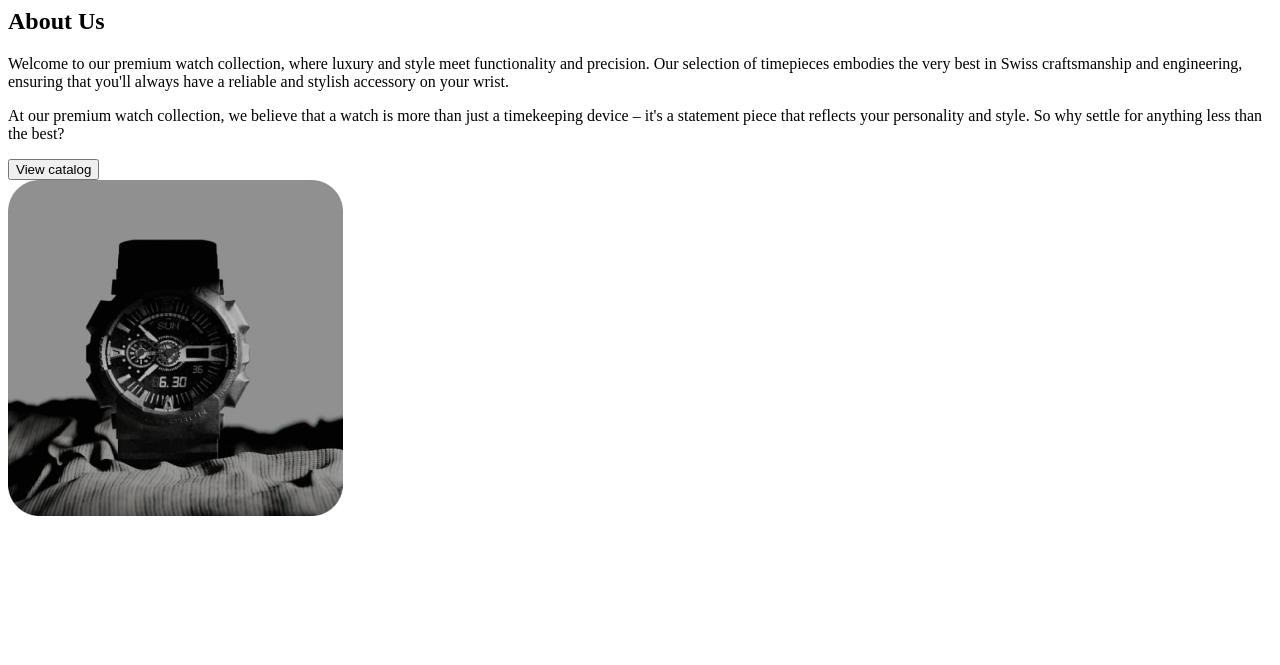
Repository: DenysOvsiienko/105-cyber-solutions-team-project
Page: src/partials/about-us.html
These files come from the project's save history. The page is drawn as it stood at one moment and after the next save; the edit follows.
The browser window is 1280 px wide. The pictures show the whole page.

Above is the page before, as saved 2024-03-21 22:08:57.

### src/partials/about-us.html
<section>
    <div class="block">
        <div class="text">
        <h2 class="about-us">About Us</h2>
        <p class="text-par">Welcome to our premium watch collection, where luxury and style meet functionality and precision. Our selection of timepieces embodies the very best in Swiss craftsmanship and engineering, ensuring that you'll always have a reliable and stylish accessory on your wrist.</p>

        <p class="text-par">At our premium watch collection, we believe that a watch is more than just a timekeeping device – it's a statement piece that reflects your personality and style. So why settle for anything less than the best? </p>
        </div>
        <button type="button" class="btn">View catalog</button>
    </div>
    <div>
        <picture>
            <source media="(min-width:1280px)"
                    srcset="./img/desktop-about-us-img.jpg 1x, ./imc/desktop-about-us-img@2x.jpg 2x">
                <source media="(min-width:768px)"
                    srcset="./img/tablet-about-us-img.jpg 1x, ./img/tablet-about-us-img@2x.jpg 2x">
                <source media="(min-width: 375px)"
                    srcset="./img/mobile-about-us-img.jpg 1x, ./img/mobile-about-us-img@2x.jpg 2x">
            <img src="./img/about-us/mobile-about-us-img.jpg" alt="Banking App" width="335" he/>
        </picture>
    </div>
</section>

After the next save:
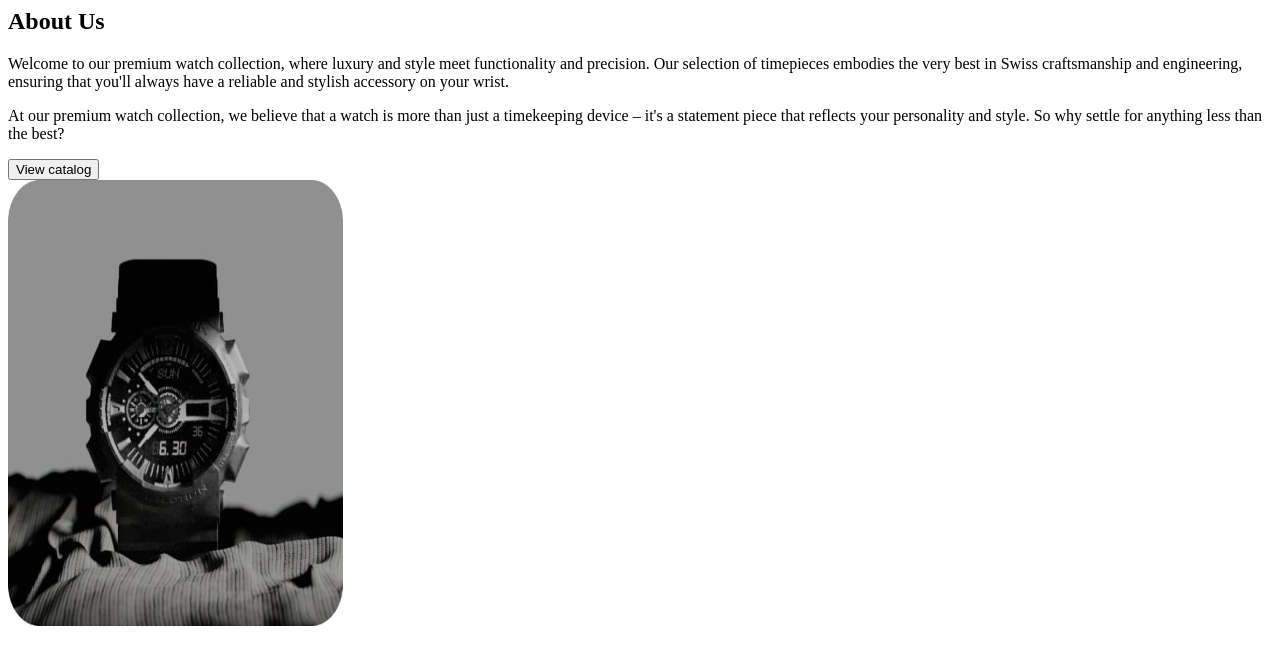
Saved 8 s later.
--- a/src/partials/about-us.html
+++ b/src/partials/about-us.html
@@ -16,7 +16,7 @@
                     srcset="./img/tablet-about-us-img.jpg 1x, ./img/tablet-about-us-img@2x.jpg 2x">
                 <source media="(min-width: 375px)"
                     srcset="./img/mobile-about-us-img.jpg 1x, ./img/mobile-about-us-img@2x.jpg 2x">
-            <img src="./img/about-us/mobile-about-us-img.jpg" alt="Banking App" width="335" he/>
+            <img src="./img/about-us/mobile-about-us-img.jpg" alt="Banking App" width="335" height="446"/>
         </picture>
     </div>
 </section>
